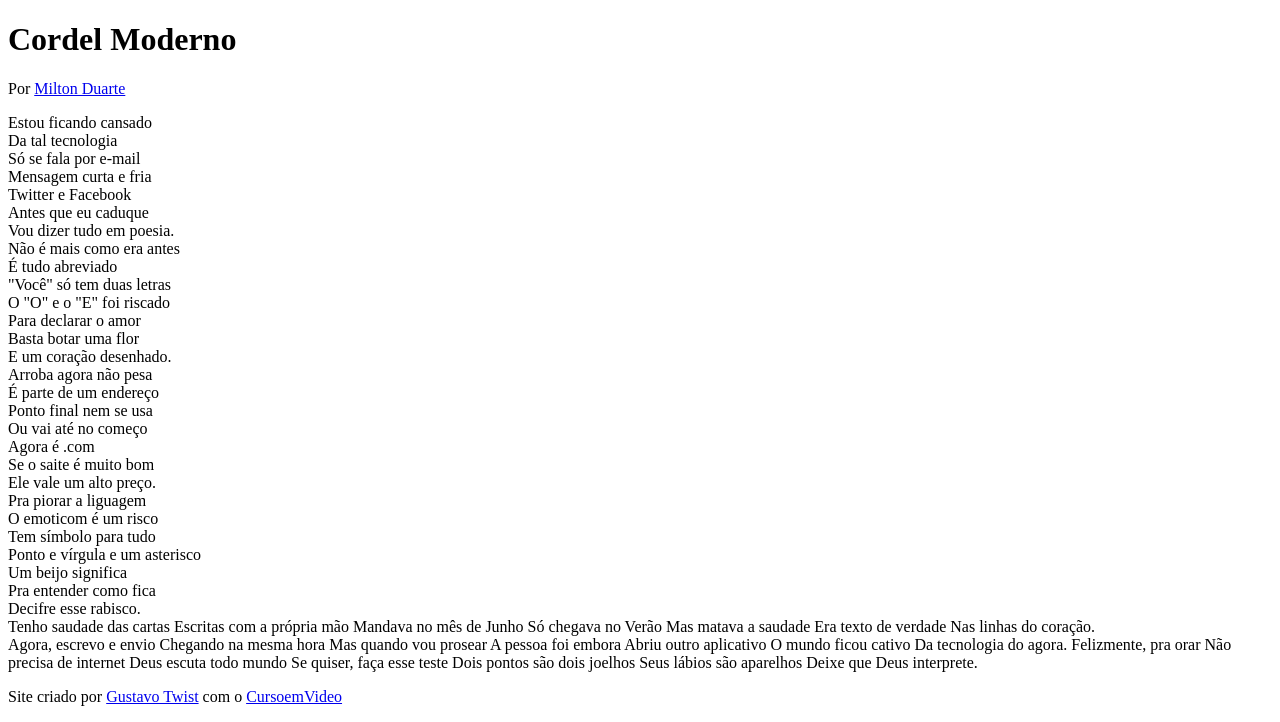
Repository: gustavotwist/projeto-cordel
Page: index.html
These files come from the project's save history. The page is drawn as it stood at one moment and after a run of saves; the edit follows.
The browser window is 1280 px wide. The pictures show the whole page.

Above is the page before, as saved 2024-04-15 21:37:58.

### index.html
<!DOCTYPE html>
<html lang="pt-br">
<head>
    <meta charset="UTF-8">
    <meta name="viewport" content="width=device-width, initial-scale=1.0">
    <title>Cordel Moderno</title>
</head>
<body>
    <header>
        <h1>
            Cordel Moderno
        </h1>
        <p>
            Por <a href="https://www.recantodasletras.com.br/poesias/3186743" target="_blank">Milton Duarte</a>
        </p>
    </header>

    <section>
        Estou ficando cansado <br>
        Da tal tecnologia <br>
        Só se fala por e-mail <br>
        Mensagem curta e fria <br>
        Twitter e Facebook <br>
        Antes que eu caduque <br>
        Vou dizer tudo em poesia.
    </section>

    <section>
        Não é mais como era antes <br>
        É tudo abreviado <br>
        "Você" só tem duas letras <br>
        O "O" e o "E" foi riscado <br>
        Para declarar o amor <br>
        Basta botar uma flor <br>
        E um coração desenhado.
    </section>



    <section>
        Arroba agora não pesa <br>
        É parte de um endereço <br>
        Ponto final nem se usa <br>
        Ou vai até no começo <br>
        Agora é .com <br>
        Se o saite é muito bom <br>
        Ele vale um alto preço. <br>
        Pra piorar a liguagem <br>
        O emoticom é um risco <br>
        Tem símbolo para tudo <br>
        Ponto e vírgula e um asterisco <br>
        Um beijo significa <br>
        Pra entender como fica <br>
        Decifre esse rabisco.
    </section>



    <section>
        Tenho saudade das cartas
        Escritas com a própria mão
        Mandava no mês de Junho
        Só chegava no Verão
        Mas matava a saudade
        Era texto de verdade
        Nas linhas do coração.
    </section>



    <section>
        Agora, escrevo e envio
        Chegando na mesma hora
        Mas quando vou prosear
        A pessoa foi embora
        Abriu outro aplicativo
        O mundo ficou cativo
        Da tecnologia do agora.
        Felizmente, pra orar
        Não precisa de internet
        Deus escuta todo mundo
        Se quiser, faça esse teste
        Dois pontos são dois joelhos
        Seus lábios são aparelhos
        Deixe que Deus interprete.
    </section>

    <footer>
        <p>Site criado por <a href="https://github.com/gustavotwist" target="_blank">Gustavo Twist</a> com o <a href="https://www.cursoemvideo.com" target="_blank">CursoemVideo</a></p>
    </footer>
</body>
</html>

After the next 2 saves:
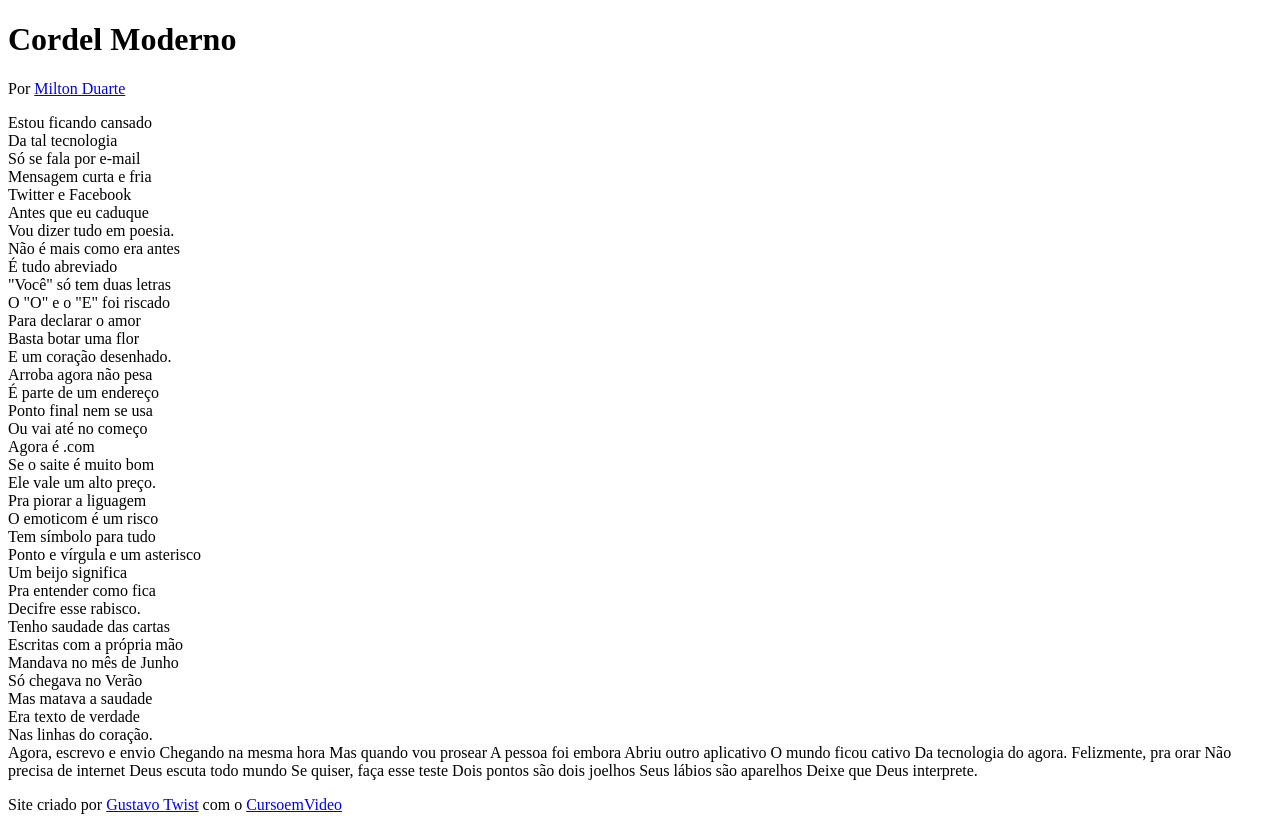
The 2 saves are shown as one change because they came seconds apart.
The last was saved 30 s later.
--- a/index.html
+++ b/index.html
@@ -57,12 +57,12 @@
 
 
     <section>
-        Tenho saudade das cartas
-        Escritas com a própria mão
-        Mandava no mês de Junho
-        Só chegava no Verão
-        Mas matava a saudade
-        Era texto de verdade
+        Tenho saudade das cartas <br>
+        Escritas com a própria mão <br>
+        Mandava no mês de Junho <br>
+        Só chegava no Verão <br>
+        Mas matava a saudade <br>
+        Era texto de verdade <br>
         Nas linhas do coração.
     </section>
 
